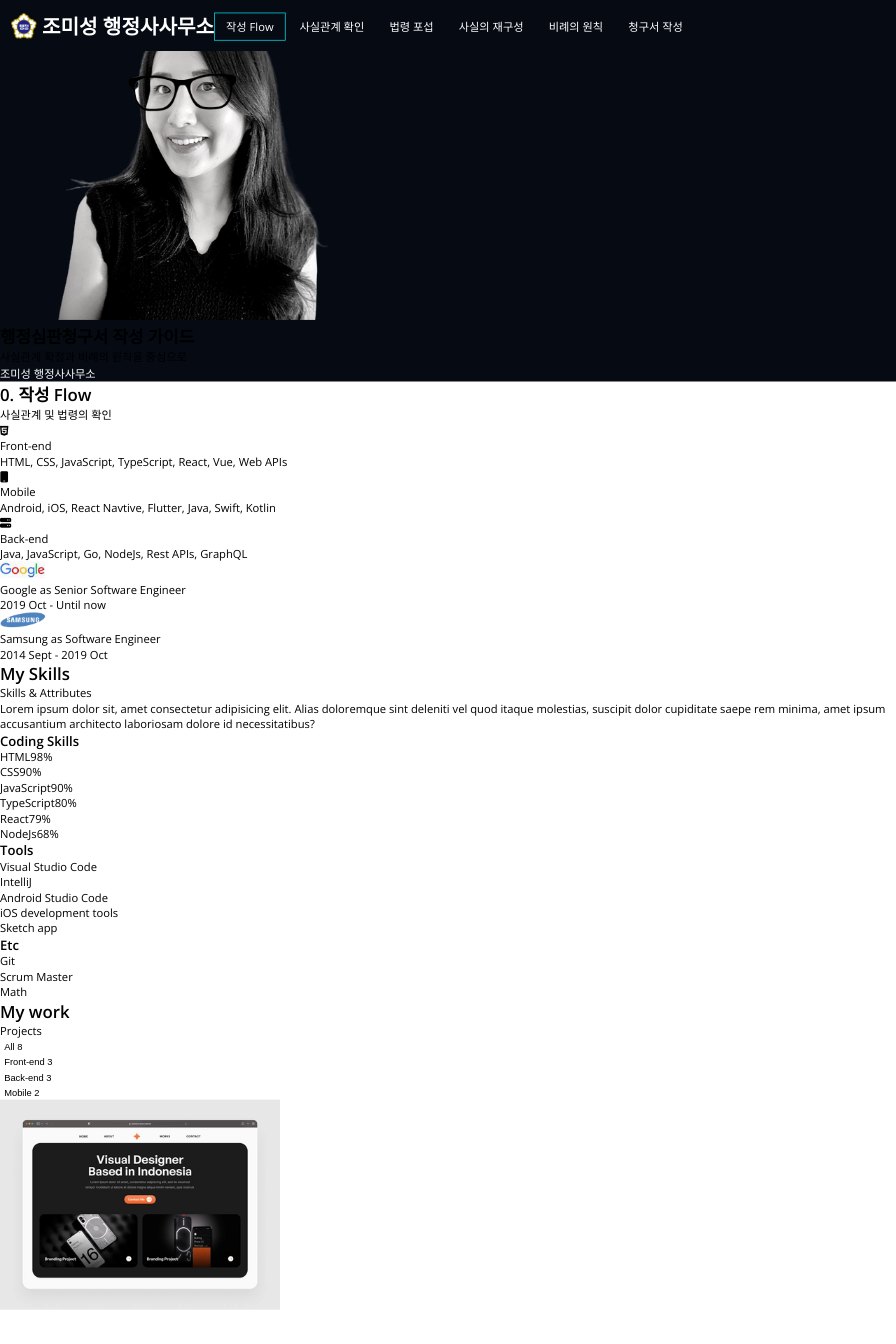
Repository: eggmoon/eggmoon_new
Page: index.html
An editor plug-in stored every save of this project. The page is shown before and after a run of saves, followed by the edit.
The browser window is 1280 px wide. The pictures show the part of the page from y = 0 to 1920 px (the page is 5548 px tall), at 70% of full size.
Some web libraries are served in a nearby version.

Above is the page before, as saved 2025-02-26 10:34:46.

After the next 6 saves:
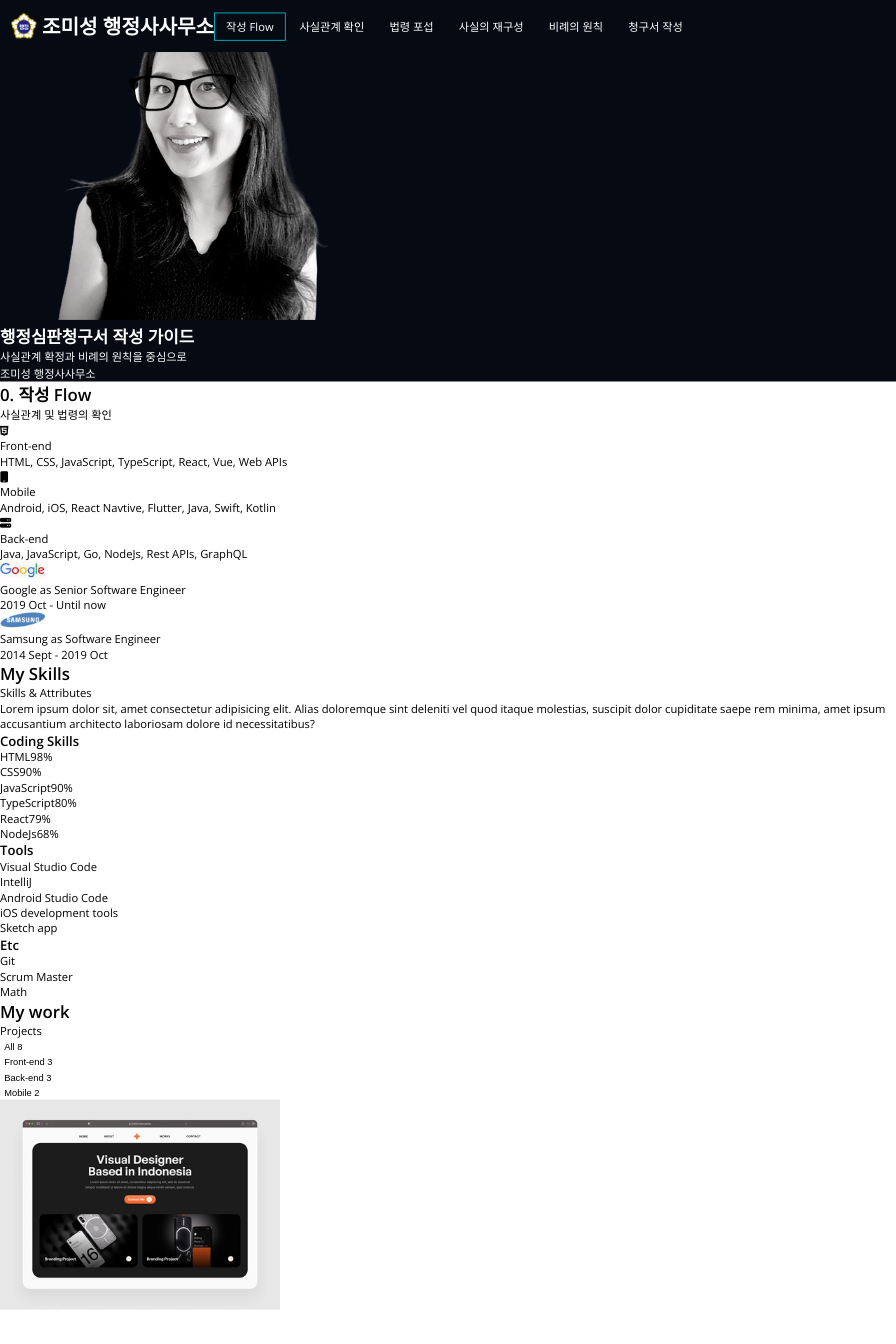
The 6 saves are shown as one change because they came seconds apart.
The last was saved 13 s later.
--- a/css/style.css
+++ b/css/style.css
@@ -85,7 +85,9 @@
 }
 /* Home */
 #home{
-  background-color: var(--color-primary)
+  background-color: var(--color-primary);
+  color: var(--color-text);
+  bo
 }
 .home__title{
 
